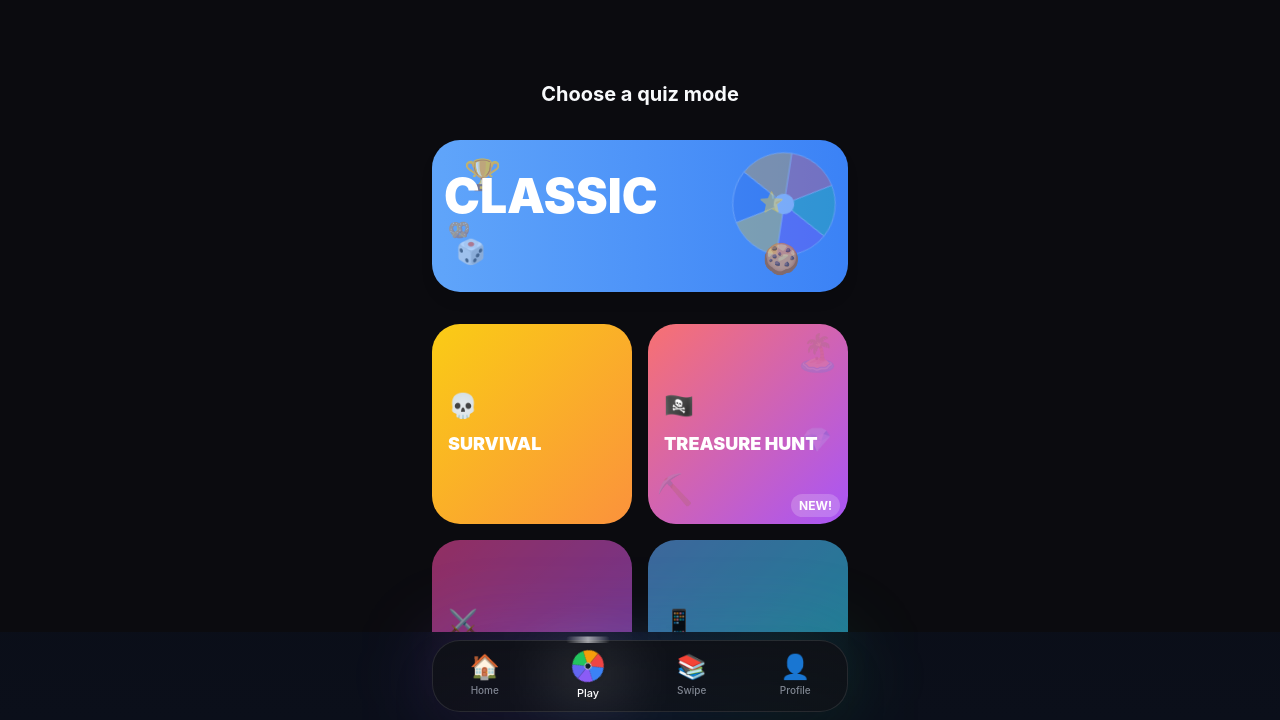
Repository: nirmaldas07/quizify-app
Page: /play
These files come from the project's save history. The page is drawn as it stood at one moment and after the next save; the edit follows.
The browser window is 1280 px wide. The pictures show the whole page.
An inner scrolling area shows only its first screen. The project was rebuilt for these pictures with package versions that can differ from the ones it lists, and the page was loaded fresh each time. Some packages were replaced by stand-ins written for this rebuild. Also part of the build but not shown: src/components/Shared/CoinFly.jsx, src/components/GameSystem/AvatarDisplay.jsx, src/components/GameSystem/XPBar.jsx, src/components/GameSystem/EnergyMeter.jsx, src/utils/categories.js, src/components/Home/HeroCard.jsx, src/components/Home/QuickActions.jsx, src/components/Home/CategoryGrid.jsx and 44 more.

Above is the page before, as saved 2025-08-31 23:13:35.

### index.html
<!DOCTYPE html>
<html lang="en">
  <head>
    <meta charset="UTF-8" />
    <meta name="viewport" content="width=device-width, initial-scale=1.0" />
    <link rel="icon" href="data:[embedded picture, 126 characters]">
    <title>Quizify</title>
  </head>
  <body>
    <div id="root"></div>
    <script type="module" src="/src/main.jsx"></script>
  </body>
</html>

### src/App.jsx
// src/App.jsx
import React, { createContext, useContext } from 'react';
import { Routes, Route, Navigate } from "react-router-dom";
import Layout from "./components/Shared/Layout";
import Home from "./components/Home/Home";
import Play from "./components/Play/PlayHome";
import Quiz from "./components/Quiz/Quiz.jsx";
import PartySpin from "./components/Play/PartySpin";
import SwipeQuiz from './components/Swipe/SwipeQuiz.jsx';

// Profile imports
import ProfileHome from "./components/Profile/ProfileHome";
import ProfileLeaderboard from "./components/Profile/Leaderboard";
import ProfileHistory from "./components/Profile/History";
import ProfileRewards from "./components/Profile/Rewards";
import ProfileBadges from "./components/Profile/Badges";
import ProfileAchievements from "./components/Profile/Achievements";
import ProfileStreaks from "./components/Profile/Streaks";
import ProfileQuests from "./components/Profile/Quests";
import ProfileSettings from "./components/Profile/Settings";


// Game System imports
import { useGameState } from './hooks/useGameState';

// Create Game Context
const GameContext = createContext(null);

// Export hook to use game context in components
export const useGame = () => {
  const context = useContext(GameContext);
  if (!context) {
    throw new Error('useGame must be used within GameProvider');
  }
  return context;
};

// Game Provider Wrapper
function GameProvider({ children }) {
  const gameState = useGameState();

  return (
    <GameContext.Provider value={gameState}>
      {children}
    </GameContext.Provider>
  );
}

export default function App() {
  return (
    <GameProvider>
      <Routes>
        <Route element={<Layout />}>
          <Route path="/" element={<Home />} />
          <Route path="/play" element={<Play />} />
          <Route path="/play/party" element={<PartySpin />} />

          {/* Profile routes */}
          <Route path="/profile" element={<ProfileHome />} />
          <Route path="/profile/leaderboard" element={<ProfileLeaderboard />} />
          <Route path="/profile/history" element={<ProfileHistory />} />
          <Route path="/profile/rewards" element={<ProfileRewards />} />
          <Route path="/profile/badges" element={<ProfileBadges />} />
          <Route path="/profile/achievements" element={<ProfileAchievements />} />
          <Route path="/profile/streaks" element={<ProfileStreaks />} />
          <Route path="/profile/quests" element={<ProfileQuests />} />
          <Route path="/profile/settings" element={<ProfileSettings />} />
          <Route path="/swipe" element={<SwipeQuiz />} />
          {/* Old leaders path → redirect */}
          <Route path="/leaders" element={<Navigate to="/profile/leaderboard" replace />} />

          {/* Quiz flow - Update this path when you move Quiz.jsx to Quiz folder */}
          <Route path="/quiz/:category" element={<Quiz />} />

          {/* Fallback */}
          <Route path="*" element={<Home />} />
        </Route>
      </Routes>
    </GameProvider>
  );
}

### src/index.css
@tailwind base;
@tailwind components;
@tailwind utilities;

/* ---------- Base (global) ---------- */
@layer base {
  html, body, #root { height: 100%; background:#000; color:#fff; }

  /* Calm dark surface + crisp type everywhere */
  body { @apply bg-base-bg text-base-text antialiased font-sans; }

  /* Subtle selection tint */
  ::selection { @apply bg-brand-blue/30; }
}

/* ---------- Tiny reusable pieces (optional, but handy) ---------- */
@layer components {
  .card { @apply bg-base-card/90 border border-base-border rounded-2xl p-4; }
  .pill { @apply px-3 py-1 rounded-full bg-white/5 border border-base-border text-xs; }

  .btn-primary {
    @apply bg-brand-blue text-white font-medium rounded-xl px-4 py-2
           hover:bg-brand-blue/90 transition shadow-soft;
  }
  .btn-ghost {
    @apply bg-white/5 border border-base-border text-base-text rounded-xl px-4 py-2
           hover:bg-white/10 transition;
  }
}

### src/components/Play/PlayHome.jsx
//src/components/Play/PlayHome.jsx
import { useState } from "react";
import { useNavigate } from "react-router-dom";
import ClassicMode from "./modes/classic/ClassicMode";
import SurvivalMode from "./modes/survival/SurvivalMode.jsx";
import TreasureHuntMode from "./modes/treasureHunt/TreasureHuntMode.jsx";

const PRIMARY_CATS = [
  { name: "General Knowledge", questions: 50, icon: "🧠", color: "#7C3AED" },
  { name: "Artificial Intelligence", questions: 28, icon: "🤖", color: "#10B981" },
  { name: "Fun facts", questions: 30, icon: "🎉", color: "#EF4444" },
  { name: "Science", questions: 45, icon: "🧪", color: "#F59E0B" },
  { name: "History", questions: 42, icon: "🏺", color: "#2563EB" },
  { name: "Geography", questions: 38, icon: "🗺️", color: "#FACC15" }
];

const WHEEL_CATEGORIES = PRIMARY_CATS.slice(0, 6);
const sliceAngle = 360 / WHEEL_CATEGORIES.length;

function ModesGrid({ onModeSelect, onNavigateHome }) {
  return (
    <div className="fixed inset-0 bg-base-bg text-base-text overflow-hidden">
      <div className="h-full overflow-y-auto mx-auto max-w-md px-4 pt-[calc(env(safe-area-inset-top)+5rem)] pb-[calc(env(safe-area-inset-bottom)+5.25rem)]">
        <header className="flex items-center mb-8">
          <h1 className="text-center text-xl font-bold w-full">Choose a quiz mode</h1>
        </header>

        <div className="space-y-8">
          <button
            onClick={() => onModeSelect('classic')}
            className="w-full relative overflow-hidden rounded-3xl bg-gradient-to-r from-blue-400 to-blue-500 p-8 text-left shadow-lg hover:shadow-xl transition-all active:scale-[0.98]"
          >
            <div className="absolute top-0 right-0 w-32 h-32 opacity-30">
              <svg viewBox="0 0 100 100" className="w-full h-full animate-spin" style={{ animationDuration: '20s' }}>
                {WHEEL_CATEGORIES.map((cat, i) => {
                  const start = i * sliceAngle;
                  const end = start + sliceAngle;
                  const largeArc = sliceAngle > 180 ? 1 : 0;
                  const sr = (Math.PI * start) / 180;
                  const er = (Math.PI * end) / 180;
                  const x1 = 50 + 40 * Math.cos(sr);
                  const y1 = 50 - 40 * Math.sin(sr);
                  const x2 = 50 + 40 * Math.cos(er);
                  const y2 = 50 - 40 * Math.sin(er);
                  return (
                    <path
                      key={i}
                      d={`M50,50 L${x1},${y1} A40,40 0 ${largeArc} 0 ${x2},${y2} Z`}
                      fill={cat.color}
                      stroke="white"
                      strokeWidth="0.5"
                    />
                  );
                })}
                <circle cx="50" cy="50" r="8" fill="white"/>
              </svg>
            </div>

            <div className="absolute top-4 left-8 text-3xl opacity-60">🏆</div>
            <div className="absolute top-12 right-16 text-xl opacity-40">⭐</div>
            <div className="absolute bottom-6 left-6 text-2xl opacity-50">🎲</div>
            <div className="absolute bottom-4 right-12 text-3xl opacity-60">🍪</div>
            <div className="absolute top-1/2 left-4 text-lg opacity-40">🥨</div>

            <h2 className="text-5xl font-black text-white mb-10 relative z-10" style={{transform: 'translateX(-20px)'}}>CLASSIC</h2>
          </button>

          <div className="grid grid-cols-2 gap-4">
            <button
              onClick={() => onModeSelect('survival')}
              className="aspect-square rounded-3xl bg-gradient-to-br from-yellow-400 to-orange-400 p-4 text-left hover:shadow-xl transition-all active:scale-[0.98] relative overflow-hidden"
            >
              <div className="text-2xl mb-2">💀</div>
              <h4 className="text-lg font-black text-white">SURVIVAL</h4>
            </button>

            <button
              onClick={() => onModeSelect('treasureHunt')}
              className="aspect-square rounded-3xl bg-gradient-to-br from-red-400 to-purple-500 p-4 text-left hover:shadow-xl transition-all active:scale-[0.98] relative overflow-hidden"
            >
              {/* Animated island background */}
              <div className="absolute inset-0 opacity-20">
                <div className="absolute top-2 right-2 text-4xl animate-pulse">🏝️</div>
                <div className="absolute bottom-2 left-2 text-3xl animate-bounce" style={{ animationDelay: '0.5s' }}>⛏️</div>
                <div className="absolute top-1/2 right-4 text-2xl animate-pulse" style={{ animationDelay: '1s' }}>💎</div>
              </div>
              <div className="text-2xl mb-2 relative z-10">🏴‍☠️</div>
              <h4 className="text-lg font-black text-white relative z-10">TREASURE HUNT</h4>
              <div className="absolute bottom-2 right-2">
                <span className="text-xs bg-white/20 px-2 py-1 rounded-full text-white font-bold">NEW!</span>
              </div>
            </button>

            <button
              disabled
              className="aspect-square rounded-3xl bg-gradient-to-br from-pink-500 to-purple-500 p-4 text-left opacity-60"
            >
              <div className="text-2xl mb-2">⚔️</div>
              <h4 className="text-lg font-black text-white">SURVIVAL ARENA</h4>
            </button>

            <button
              disabled
              className="aspect-square rounded-3xl bg-gradient-to-br from-blue-400 to-cyan-400 p-4 text-left opacity-60"
            >
              <div className="text-2xl mb-2">📱</div>
              <h4 className="text-lg font-black text-white">TRIVIA VIDEO</h4>
            </button>
          </div>
        </div>
      </div>
    </div>
  );
}

export default function PlayHome() {
  const [selectedMode, setSelectedMode] = useState(null);
  const navigate = useNavigate();

  const handleModeSelect = (mode) => {
    if (mode === 'classic') {
      setSelectedMode('classic');
    } else if (mode === 'survival') {
      setSelectedMode('survival');
    } else if (mode === 'treasureHunt') {
      setSelectedMode('treasureHunt');
    }
  };

  const handleNavigateHome = () => {
    navigate('/');
  };

  const handleBackToModes = () => {
    setSelectedMode(null);
  };

  // Render the selected mode
  if (selectedMode === 'classic') {
    return <ClassicMode onBack={handleBackToModes} />;
  }

  if (selectedMode === 'survival') {
    return <SurvivalMode onBack={handleBackToModes} />;
  }

  if (selectedMode === 'treasureHunt') {
    return <TreasureHuntMode onBack={handleBackToModes} />;
  }

  // Default: show mode selection screen (this is what users see first)
  return (
    <ModesGrid
      onModeSelect={handleModeSelect}
      onNavigateHome={handleNavigateHome}
    />
  );
}

Loaded but not shown: src/main.jsx (common file); src/hooks/useGameState.js (184 lines, source omitted); src/utils/gameConstants.js (98 lines, source omitted); tailwind.config.js (53 lines, source omitted); src/components/Shared/Layout.jsx (453 lines, source omitted)

After the next save:
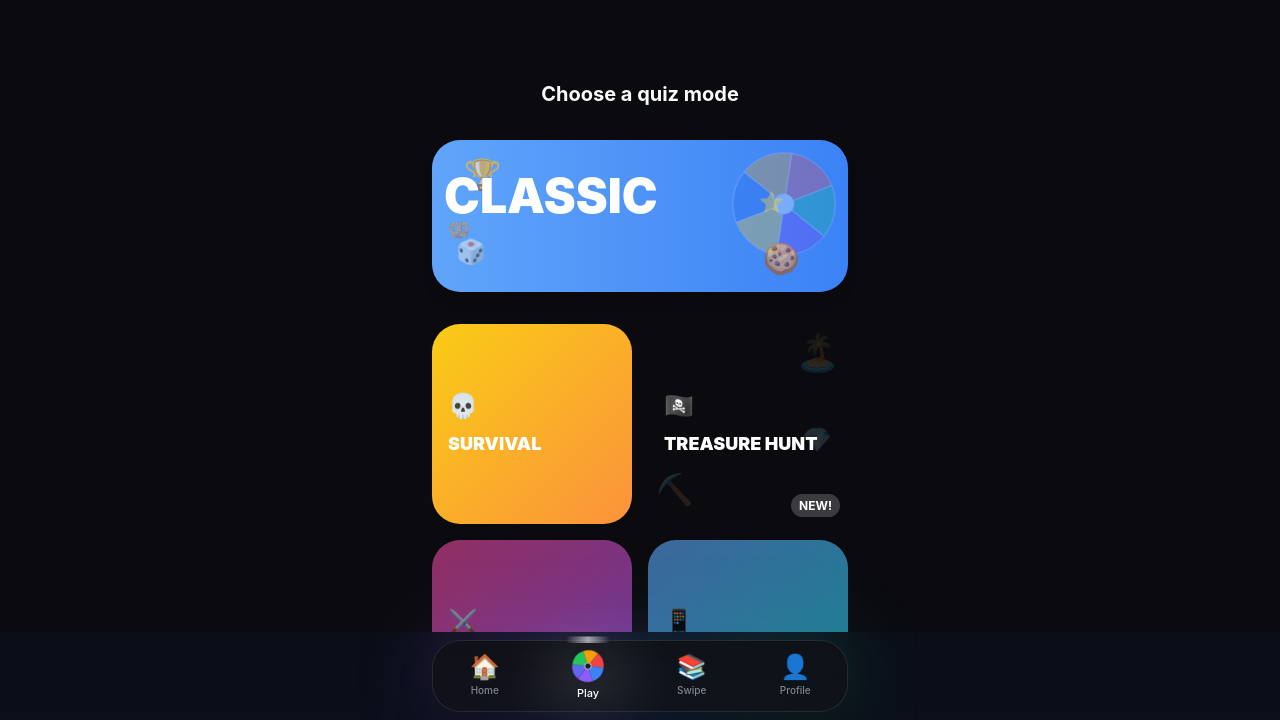
Saved 6 s later.
--- a/src/components/Play/PlayHome.jsx
+++ b/src/components/Play/PlayHome.jsx
@@ -76,7 +76,7 @@ function ModesGrid({ onModeSelect, onNavigateHome }) {
 
             <button
               onClick={() => onModeSelect('treasureHunt')}
-              className="aspect-square rounded-3xl bg-gradient-to-br from-red-400 to-purple-500 p-4 text-left hover:shadow-xl transition-all active:scale-[0.98] relative overflow-hidden"
+              className="aspect-square rounded-3xl bg-gradient-to-br from-white-400 to-purple-500 p-4 text-left hover:shadow-xl transition-all active:scale-[0.98] relative overflow-hidden"
             >
               {/* Animated island background */}
               <div className="absolute inset-0 opacity-20">
